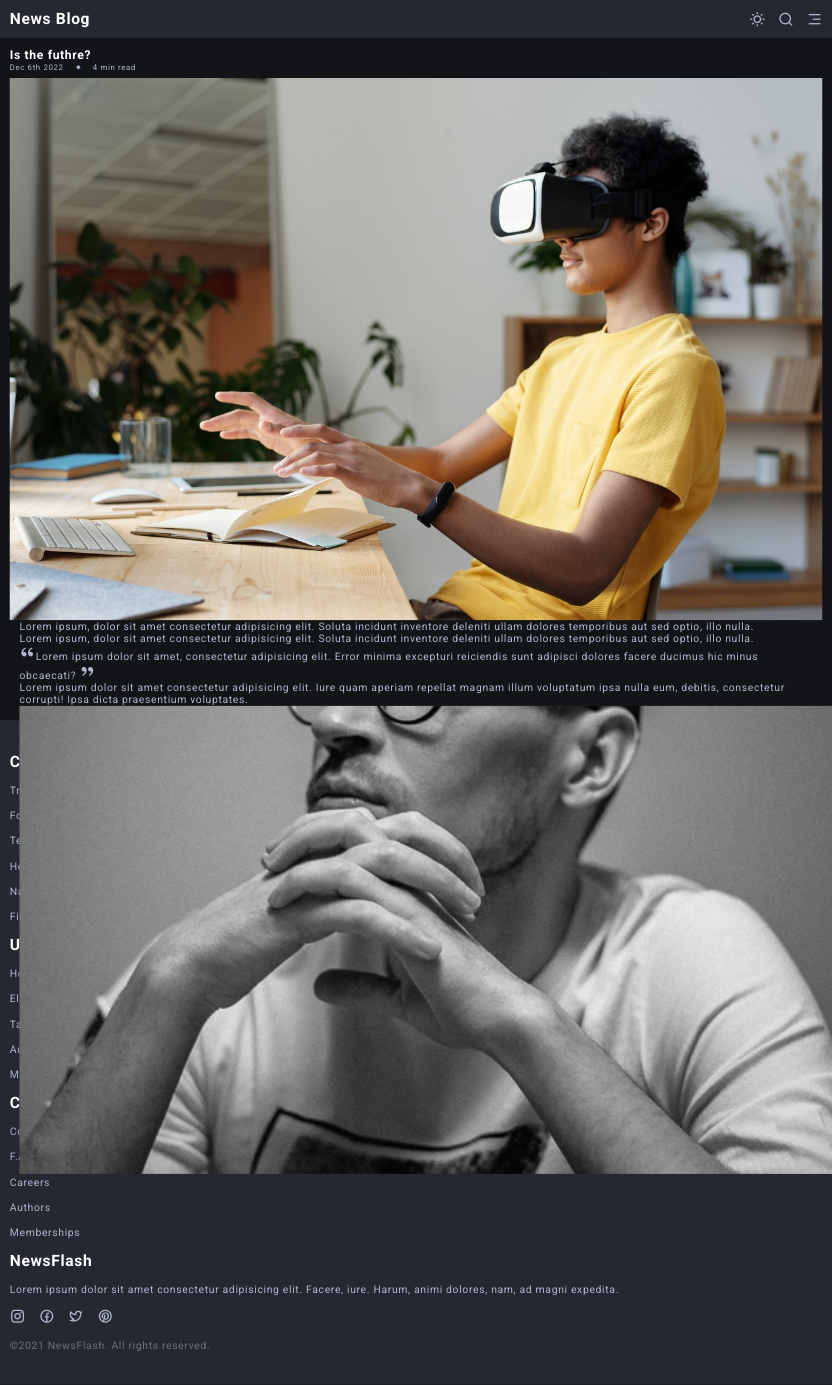
Repository: Junichi-Machii/news-blog-test
Page: post.html
The author's editor kept a copy of each file at every save. The page is drawn from the files as they stood at one save, then again after a run of saves.
The browser window is 1280 px wide. The pictures show the whole page, at 65% of full size.
The style sheet was rebuilt from its Sass, Less or Tailwind sources for each picture, by a compiler version that may differ from the author's.

Above is the page before, as saved 2023-05-13 10:37:03.

### post.html
<html lang="en">
  <head>
    <meta charset="UTF-8" />
    <meta http-equiv="X-UA-Compatible" content="IE=edge" />
    <meta name="viewport" content="width=device-width, initial-scale=1.0" />
    <title>NewsFlash | Post</title>
    <!-- Favicon -->
    <link
      rel="icon"
      type="image/png"
      sizes="32x32"
      href="./assets/images/favicon.png"
    />
    <!-- Remix icons -->
    <link
      href="https://cdn.jsdelivr.net/npm/remixicon@2.5.0/fonts/remixicon.css"
      rel="stylesheet"
    />
    <!-- Swiper.js styles -->
    <link rel="stylesheet" href="./css/swiper-bundle.min.css" />
    <!-- Custom styles -->
    <link rel="stylesheet" href="./css/style.css" />
  </head>
  <body>
    <!-- Header -->
    <header class="header" id="header">
      <nav class="header__navbar container">
        <a href="./index.html">
          <h2 class="header__logo">News Blog</h2>
        </a>

        <div class="header__menu" id="menu">
          <ul class="list">
            <li class="list-item">
              <a href="#" class="list-link current">Home</a>
            </li>
            <li class="list-item">
              <a href="#" class="list-link">Categories</a>
            </li>
            <li class="list-item">
              <a href="#" class="list-link">Reviews</a>
            </li>
            <li class="list-item">
              <a href="#" class="list-link">News</a>
            </li>
            <li class="list-item">
              <a href="#" class="list-link">Membership</a>
            </li>
            <li class="list-item">
              <a href="#" class="list-link">Contact</a>
            </li>
            <li class="list-item screen-lg-hidden">
              <a href="#" class="list-link">Sign in</a>
            </li>
            <li class="list-item screen-lg-hidden">
              <a href="#" class="list-link">Sign up</a>
            </li>
          </ul>
        </div>

        <div class="list list-right">
          <button class="btn place__items-center" id="theme-toggle-btn">
            <i class="ri-sun-line sun-icon"></i>
            <i class="ri-moon-line moon-icon"></i>
          </button>

          <button class="btn place__items-center" id="search-icon">
            <i class="ri-search-line"></i>
          </button>

          <button
            class="btn place__items-center screen-lg-hidden menu-toggle-icon"
            id="menu-toggle-icon"
          >
            <i class="ri-menu-3-line open-menu-icon"></i>
            <i class="ri-close-line close-menu-icon"></i>
          </button>

          <a href="#" class="list-link screen-sm-hidden">Sign in</a>
          <a
            href="#"
            class="list-link screen-sm-hidden btn sign-up-btn fancy-border"
          >
            <span>Sign in</span>
          </a>
        </div>
      </nav>
    </header>

    <!-- Search -->
    <div class="search-form-container container" id="search-form-container">
      <div class="form-container-inner">
        <form action="" class="form">
          <input
            type="text"
            class="form-input"
            placeholder="What are looking for?"
          />
          <button class="btn form-btn" type="submit">
            <i class="ri-search-line"></i>
          </button>
        </form>
        <span class="form-note">Or press ESC to close.</span>
      </div>

      <button
        class="btn form-close-btn place__items-center"
        id="form-close-btn"
      >
        <i class="ri-close-line"></i>
      </button>
    </div>
    <!-- Blog post -->
    <section class="blog-post section-header-offset">
      <div class="blog-post-container container">
        <div class="blog-post-data">
          <h3 class="title blog-post-title">Is the futhre?</h3>
          <div class="article-data">
            <span>Dec 6th 2022</span>
            <span class="article-data-spacer"></span>
            <span>4 min read</span>
          </div>
          <img src="./assets/images/featured/featured-1.jpg" alt="" />
        </div>

        <div class="container">
          <p>
            Lorem ipsum, dolor sit amet consectetur adipisicing elit. Soluta
            incidunt inventore deleniti ullam dolores temporibus aut sed optio,
            illo nulla.
          </p>
          <p>
            Lorem ipsum, dolor sit amet consectetur adipisicing elit. Soluta
            incidunt inventore deleniti ullam dolores temporibus aut sed optio,
            illo nulla.
          </p>

          <blockquote class="quote">
            <p>
              <span><i class="ri-double-quotes-l"></i></span>Lorem ipsum dolor
              sit amet, consectetur adipisicing elit. Error minima excepturi
              reiciendis sunt adipisci dolores facere ducimus hic minus
              obcaecati? <span><i class="ri-double-quotes-r"></i></span>
            </p>
          </blockquote>

            <p>
              Lorem ipsum dolor sit amet consectetur adipisicing elit. Iure quam
              aperiam repellat magnam illum voluptatum ipsa nulla eum, debitis,
              consectetur corrupti! Ipsa dicta praesentium voluptates.
            </p>

            <div class="author d-grid">

                <div class="author-image-box">
                    <img src="./assets/images/author.jpg" alt="" class="article-image">
                </div>

                <div class="author-about">
                    <h3 class="author-name">Joh don</h3>
                </div>
            </div>
        </div>
      </div>
    </section>
    <!-- Footer -->
    <footer class="footer section">
      <div class="footer-container container d-grid">
        <div class="company-data">
          <a href="./index.html">
            <h2 class="header__logo">NewsFlash</h2>
          </a>
          <p class="company-description">
            Lorem ipsum dolor sit amet consectetur adipisicing elit. Facere,
            iure. Harum, animi dolores, nam, ad magni expedita.
          </p>
          <ul class="list social-media">
            <li class="list-item">
              <a href="#" class="list-link"
                ><i class="ri-instagram-line"></i
              ></a>
            </li>
            <li class="list-item">
              <a href="#" class="list-link"
                ><i class="ri-facebook-circle-line"></i
              ></a>
            </li>
            <li class="list-item">
              <a href="#" class="list-link"><i class="ri-twitter-line"></i></a>
            </li>
            <li class="list-item">
              <a href="#" class="list-link"
                ><i class="ri-pinterest-line"></i
              ></a>
            </li>
          </ul>
          <span class="copyright-notice"
            >&copy;2021 NewsFlash. All rights reserved.</span
          >
        </div>

        <div>
          <h6 class="title footer-title">Categories</h6>
          <ul class="footer-list list">
            <li class="list-item">
              <a href="#" class="list-link">Travel</a>
            </li>
            <li class="list-item">
              <a href="#" class="list-link">Food</a>
            </li>
            <li class="list-item">
              <a href="#" class="list-link">Technology</a>
            </li>
            <li class="list-item">
              <a href="#" class="list-link">Health</a>
            </li>
            <li class="list-item">
              <a href="#" class="list-link">Nature</a>
            </li>
            <li class="list-item">
              <a href="#" class="list-link">Fitness</a>
            </li>
          </ul>
        </div>

        <div>
          <h6 class="title footer-title">Useful links</h6>
          <ul class="footer-list list">
            <li class="list-item">
              <a href="#" class="list-link">Home</a>
            </li>
            <li class="list-item">
              <a href="#" class="list-link">Elements</a>
            </li>
            <li class="list-item">
              <a href="#" class="list-link">Tags</a>
            </li>
            <li class="list-item">
              <a href="#" class="list-link">Authors</a>
            </li>
            <li class="list-item">
              <a href="#" class="list-link">Membership</a>
            </li>
          </ul>
        </div>

        <div>
          <h6 class="title footer-title">Company</h6>
          <ul class="footer-list list">
            <li class="list-item">
              <a href="#" class="list-link">Contact us</a>
            </li>
            <li class="list-item">
              <a href="#" class="list-link">F.A.Q</a>
            </li>
            <li class="list-item">
              <a href="#" class="list-link">Careers</a>
            </li>
            <li class="list-item">
              <a href="#" class="list-link">Authors</a>
            </li>
            <li class="list-item">
              <a href="#" class="list-link">Memberships</a>
            </li>
          </ul>
        </div>
      </div>
    </footer>

    <!-- Swiper.js -->
    <script src="./js/swiper-bundle.min.js"></script>
    <!-- Custom script -->
    <script src="./js/main.js"></script>
  </body>
</html>

### js/main.js
// Grab elements
const selectElement = (selector) => {
  const element = document.querySelector(selector);
  if(element) return element;
  throw new Error(`Something went wrong! Make sure that ${selector} exists/is typed correctly.`);
};
//Nav styles on scroll
const scrollHeader = () => {
  const headerElement = selectElement('#header');
  if(this.scrollY >= 15) {
    headerElement.classList.add('activated');
  }else {
    headerElement.classList.remove('activated');
  }
};

window.addEventListener('scroll', scrollHeader)
// Open menu & search pop-up
const menuToggleIcon = selectElement('#menu-toggle-icon');

const toggleMenu = () =>{
  const mobileMenu = selectElement('#menu');
  mobileMenu.classList.toggle('activated');
  menuToggleIcon.classList.toggle('activated');
}

menuToggleIcon.addEventListener('click', toggleMenu);
// Open/Close search form popup
const formOpenBtn = selectElement('#search-icon');
const formCloseBtn = selectElement('#form-close-btn');
const searchFormContainer = selectElement('#search-form-container');

formOpenBtn.addEventListener('click', () => searchFormContainer.classList.add('activated'));

formCloseBtn.addEventListener('click', () => searchFormContainer.classList.remove('activated'));

// -- Close the search form popup on ESC keypress
window.addEventListener('keyup', event => {
  if(event.key === 'Escape') searchFormContainer.classList.remove('activated');
});
// Switch theme/add to local storage
const bodyElement = document.body;
const themeToggleBtn = selectElement('#theme-toggle-btn');
const currentTheme = localStorage.getItem('currentTheme');

if(currentTheme){
  bodyElement.classList.add('light-theme');
}

themeToggleBtn.addEventListener('click', () => {
  bodyElement.classList.toggle('light-theme');

  if(bodyElement.classList.contains('light-theme')){
    localStorage.setItem('currentTheme', 'themeActive');
  }else {
    localStorage.removeItem('currentTheme');
  }
});
// Swiper

const swiper = new Swiper('.swiper', {
  slidesPerView:1,
  spaceBetween: 20,
  navigation: {
    nextEl: '.swiper-button-next',
    prevEl: '.swiper-button-prev',
  },
  pagination: {
    el: '.swiper-pagination',
  },
  breakpoints: {
    700: {
      slidesPerView: 2
    },
    1200: {
      slidesPerView: 3
    }
  }
})

### style.scss
/* Import font */
@import url("https://fonts.googleapis.com/css2?family=Roboto:ital,wght@0,400;0,700;1,400;1,700&display=swap");

@import url("https://fonts.googleapis.com/css2?family=Poppins:wght@300;400;600;700&display=swap");

/* Custom properties */
:root {
  --light-color: #fff;
  --light-color-alt: #afb6cd;
  --primary-background-color: #131417;
  --secondary-background-color: #252830;
  --hover-light-color: var(--light-color);
  --hover-dark-color: var(--primary-background-color);
  --gradient-color: linear-gradient(
    115deg,
    #4fcf70,
    #fad648,
    #a767e5,
    #12bcfe,
    #44ce7b
  );
  --transparent-light-color: rgba(255, 255, 255, 0.05);
  --transparent-dark-color: rgba(0, 0, 0, 0.75);
  --font-family: "Roboto", sans-serif;
  --font-size-xsm: 1.2rem;
  --font-size-sm: 1.6rem;
  --font-size-md: 2.4rem;
  --font-size-lg: 3rem;
  --font-size-xl: 4rem;
  --gap: 2rem;
  --margin-sm: 2rem;
  --margin-md: 3rem;
  --item-min-height-sm: 20rem;
  --item-min-height-md: 30rem;
}

/* Base styles */
body {
  font-family: var(--font-family);
  font-size: var(--font-size-sm);
  color: var(--light-color-alt);
  background-color: var(--primary-background-color);
  letter-spacing: 1px;
  transition: background-color 0.25s, color 0.25s;
}

a {
  text-decoration: none;
  color: inherit;
}

img {
  max-width: 100%;
  display: block;
}

ul {
  list-style: none;
}

input,
button {
  font: inherit;
  color: inherit;
  border: none;
  background-color: transparent;
  outline: none;
}

i {
  font-size: var(--font-size-md);
}

* {
  margin: 0;
  padding: 0;
  box-sizing: border-box;
}

html {
  // font-size: 10px;
  font-size: 62.5%;
}
/* Theme color change */
body.light-theme {
  --light-color: #3d3d3d;
  --light-color-alt: rgba(0, 0, 0, 0.6);
  --primary-background-color: #fff;
  --hover-light-color: #fff;
  --secondary-background-color: #f1f1f1;
  --transparent-light-color: #252830;
  --transparent-dark-color: rgba(0, 0, 0, 0.1);
}
/* Reusable classes */
.container {
  max-width: 160rem;
  margin: 0 auto;
  padding: 0 1.5rem;
}

.place__items-center {
  display: inline-block;
  align-items: center;
  justify-content: center;
}

.screen-sm-hidden {
  display: none;
}

.btn {
  cursor: pointer;
  &:hover,
  &:hover span {
    color: var(--light-color);
  }
}

.d-grid {
  display: grid;
}

.section {
  padding-block: 5rem;
}

.title {
  color: var(--light-color);
}
/* Header */
.header {
  background-color: var(--secondary-background-color);
  position: fixed;
  top: 0;
  left: 0;
  width: 100%;
  z-index: 999;

  &__navbar {
    display: flex;
    align-items: center;
    justify-content: space-between;
    padding-block: 1.5rem;
  }

  &__logo {
    font-size: var(--font-size-md);
    color: var(--light-color);
  }

  &__menu {
    position: absolute;
    top: 8.5rem;
    right: 1.5rem;
    width: 23rem;
    padding: 1.5rem;
    background-color: var(--secondary-background-color);
    opacity: 0;
    transform: scale(0);
    transition: opacity 0.25s ease-in-out;

    & > .list {
      flex-direction: column;
    }
  }

  &__menuLink {
    &:hover {
      color: var(--light-color);
    }

    &.current {
      color: var(--light-color);
    }
  }
}

.list {
  display: flex;
  align-items: center;
  gap: var(--gap);
}

.close-menu-icon {
  display: none;
}

.moon-icon {
  display: none;
}

.light-theme {
  & .sun-icon {
    display: none;
  }

  & .moon-icon {
    display: block;
  }
}

/* Header JavaScript Styles */
.header.activated {
  box-shadow: 0 1px 0.5rem --transparent-light-color;
}
.header__menu.activated {
  box-shadow: 1px 1px 1rem --transparent-light-color;
  opacity: 1;
  transform: scale(1);
}

.menu-toggle-icon.activated .open-menu-icon {
  display: none;
}

.menu-toggle-icon.activated .close-menu-icon {
  display: block;
}
/* Search */
.search-form-container {
  width: 100%;
  max-width: 100%;
  height: 100vh;
  background-color: var(--primary-background-color);
  position: fixed;
  top: 0;
  left: 0;
  z-index: 9999;
  display: flex;
  opacity: 0;
  transform: scale(0);
  transition: opacity 0.5s;
}

.form-container-inner {
  margin: auto;
  display: flex;
  flex-direction: column;
  gap: var(--gap);
  text-align: center;
}

.form {
  display: flex;
  justify-content: center;
}

.form-input,
.form-btn {
  display: inline-block;
  border: 2px solid var(--secondary-background-color);
  padding: 1.5rem;
}

.form-input {
  border-right: none;
  width: 100%;
}

.form-btn {
  margin-left: -0.5rem;
  border-left: none;
  background-color: var(--secondary-background-color);
  width: 8rem;
}

.form-note {
  font-size: var(--font-size-xsm);
  align-self: flex-end;
}

.form-close-btn {
  position: absolute;
  top: 1.5rem;
  right: 1.5rem;
  border: 2px solid var(--secondary-background-color);
  width: 4rem;
  height: 4rem;
}
/* Form JavaScript styles */
.search-form-container.activated {
  opacity: 1;
  transform: scale(1);
}
/* Featured articles */
.featured-articles {
  padding-block: 2rem;
}

.section-header-offset {
  margin-top: 7.4rem;
}

.featured-articles-container,
.featured-content {
  gap: var(--gap);
}

.headline-banner {
  background-color: var(--secondary-background-color);
  display: flex;
  align-items: center;
  gap: var(--gap);
  font-size: var(--font-size-xsm);
}

.headline {
  color: var(--light-color);
  font-size: 1rem;
  text-transform: uppercase;
  text-align: center;
  padding: 0.4rem;
  height: 100%;

  & span {
    height: inherit;
  }
}

.fancy-border {
  position: relative;
  overflow: hidden;

  &::before {
    content: "";
    position: absolute;
    top: 0;
    left: 0;
    width: 200%;
    height: 100%;
    background: var(--gradient-color);
    background-size: 50% 100%;
    z-index: 5;
  }

  & span {
    position: relative;
    z-index: 10;
    display: inline-flex;
    padding: 0.6rem 1.5rem;
    background-color: var(--secondary-background-color);
  }
}

.article {
  position: relative;
  min-height: var(--item-min-height-md);

  &-image {
    position: absolute;
    width: 100%;
    height: 100%;
    object-fit: cover;
    transition: transform 0.25s;
  }

  &-category {
    position: absolute;
    top: 1rem;
    right: 1rem;
    padding: 1rem;
    font-size: 1rem;
    background-color: var(--primary-background-color);
    color: var(--light-color);
    text-transform: uppercase;
    z-index: 10;
  }

  &-data-container {
    position: absolute;
    bottom: 0;
    left: 0;
    padding: 2rem 1.5rem;
    background-color: var(--transparent-dark-color);
    z-index: 10;
    width: 100%;
    transition: background-color 0.5s;
  }

  &:hover &-data-container {
    background-color: var(--hover-dark-color);
    color: var(--hover-light-color);
  }
  &:hover &-data-spacer {
    background-color: var(--hover-light-color);
  }

  &-data {
    display: flex;
    align-items: center;
    gap: var(--gap);
    font-size: var(--font-size-xsm);
    margin-bottom: 1rem;
  }

  &-data-spacer {
    width: 0.5rem;
    height: 0.5rem;
    background-color: var(--light-color-alt);
    transform: rotate(45deg);
  }

  &-title {
    font-size: var(--font-size-md);
  }
}

/* Featured articles - Sidebar */
.sidebar {
  background-color: var(--secondary-background-color);
  padding: 2.5rem;
}

.trending-news {
  &__box {
    display: flex;
    flex-direction: column;
    gap: var(--gap);
    padding-block: 2rem;
    border: 1px solid var(--transparent-light-color);

    &:hover .article-title {
      color: var(--light-color-alt);
    }

    &:last-of-type {
      border-bottom: none;
    }
  }

  &__image-box {
    position: relative;
    width: 100%;
    height: var(--item-min-height-sm);
  }

  &__data .article-title {
    font-size: var(--font-size-sm);
  }
}

.featured-content-title {
  font-size: var(--font-size-md);
  text-align: center;
  padding: 1rem;
}

.trending-number {
  position: absolute;
  top: -1rem;
  left: -1rem;
  z-index: 15;
  width: 3rem;
  height: 3rem;
  background-color: var(--secondary-background-color);
  color: var(--light-color);
  border-radius: 50%;
}

/* Quick read */
.section-title {
  position: relative;
  font-size: var(--font-size-md);
  margin-bottom: 6rem;

  &::before {
    content: attr(data-name);
    font-size: var(--font-size-lg);
    text-transform: uppercase;
    opacity: 0.1;
    position: absolute;
    top: 1.5rem;
    left: 2rem;
  }
}

.article.swiper-slide {
  height: 40rem;
}

/* Quick read - Swiper */
.swiper-wrapper {
  height: auto;
}

.swiper-controls {
  width: 3.5rem;
  height: 3.5rem;
  background-color: var(--secondary-background-color);

  &::after {
    font-size: 1.6rem;
    color: var(--light-color);
  }
}

.swiper-pagination {
  bottom: 0.5rem !important;
}

.swiper-pagination-bullet {
  background-color: var(--light-color);
}

/* Older posts */
.older-posts {
  &__grid-wrapper {
    gap: var(--gap);
  }
  &__article-image-wrapper,
  & .article {
    min-height: var(--item-min-height-sm);
  }

  & .article {
    background-color: var(--secondary-background-color);
  }

  &__article-image-wrapper {
    position: relative;
  }

  &__grid-wrapper .article-data-container {
    position: static;
    background-color: transparent;
  }

  &__grid-wrapper .article-title {
    margin-bottom: var(--margin-sm);
  }
}

.see-more-container {
  margin-top: var(--margin-md);
}

.see-more-btn {
  text-transform: uppercase;
  display: flex;
  // flex-direction: column;
  justify-content: center;
  align-items: center;
  & i {
    // position: absolute;
    // top: -3px;
    // right: -30px;
    transition: transform 0.3s;
  }

  &:hover i {
    transform: translateX(0.5rem);
  }
}
/* Popular tags */
.popular-tags-container {
  gap: var(--gap);

  & .article {
    min-height: var(--item-min-height-sm);
    overflow: hidden;

    &:hover .tag-name {
      color: var(--light-color);
    }

    &:hover .article-image {
      transform: scale(1.05);
    }
  }
}

.tag-name {
  position: absolute;
  top: 50%;
  left: 50%;
  transform: translate(-50%, -50%);
  background-color: var(--transparent-dark-color);
  padding: 1rem 2rem;
  z-index: 10;
}

/* Newsletter */
.newsletter {
  padding-bottom: 6rem;

  &-title {
    font-size: var(--font-size-lg);
  }

  &-description {
    margin-bottom: 3rem;
  }
}

/* Footer */
.footer {
  background-color: var(--secondary-background-color);

  &-container {
    gap: var(--gap);
  }
}

.company {
  &-data {
    display: flex;
    flex-direction: column;
    order: 1;
  }

  &-description {
    margin-block: var(--margin-sm);
    max-width: 75%;
  }
}

.social-media {
  margin-bottom: var(--margin-sm);
}

.copyright-notice {
  opacity: 0.5;
}

.footer {
  &-list {
    flex-direction: column;
    align-items: flex-start;
  }

  &-title {
    font-size: var(--font-size-md);
    text-transform: uppercase;
    margin-bottom: var(--margin-sm);
  }
}

/* Scrollbar styles */
::-webkit-scrollbar {
  width: 1rem;
}

::-webkit-scrollbar-track {
  background-color: #f1f1f1;
}

::-webkit-scrollbar-thumb {
  background-color: #3f4254;
}
::-webkit-scrollbar-thumb:hover {
  background-color: #2e303b;
}
/* Blog post */

/* Media queries */

Loaded but not shown: css/swiper-bundle.min.css (library); js/swiper-bundle.min.js (library)

After the next 6 saves:
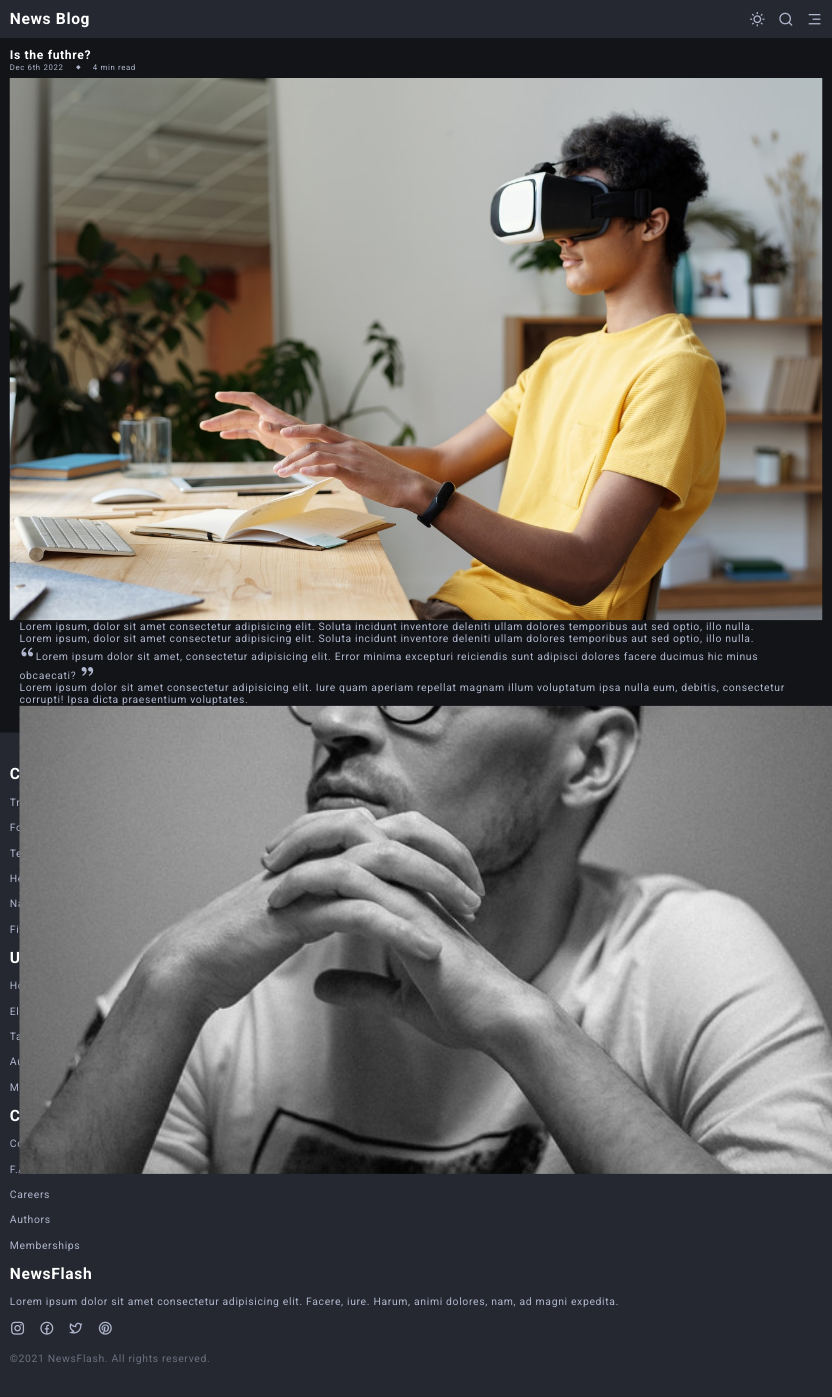
The 6 saves are shown as one change because they came seconds apart.
The last was saved 18 s later.
--- a/post.html
+++ b/post.html
@@ -158,6 +158,7 @@
 
                 <div class="author-about">
                     <h3 class="author-name">Joh don</h3>
+                    <p>Lorem ipsum dolor sit amet consectetur adipisicing elit. Explicabo, dolorum!</p>
                 </div>
             </div>
         </div>
